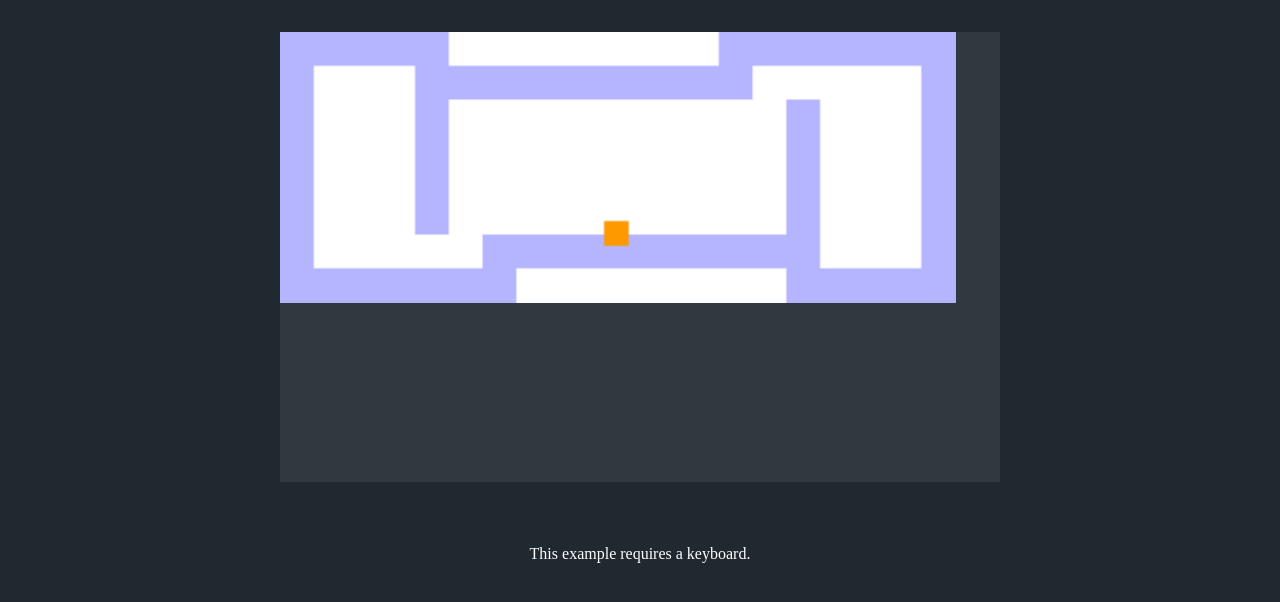
Repository: jh0l/WorldsHardestGame
Page: index.html
An editor plug-in stored every save of this project. The page is shown before and after the next save, followed by the edit.
The browser window is 1280 px wide. The pictures show the whole page.

Above is the page before, as saved 2018-07-19 01:07:07.

After the next save:
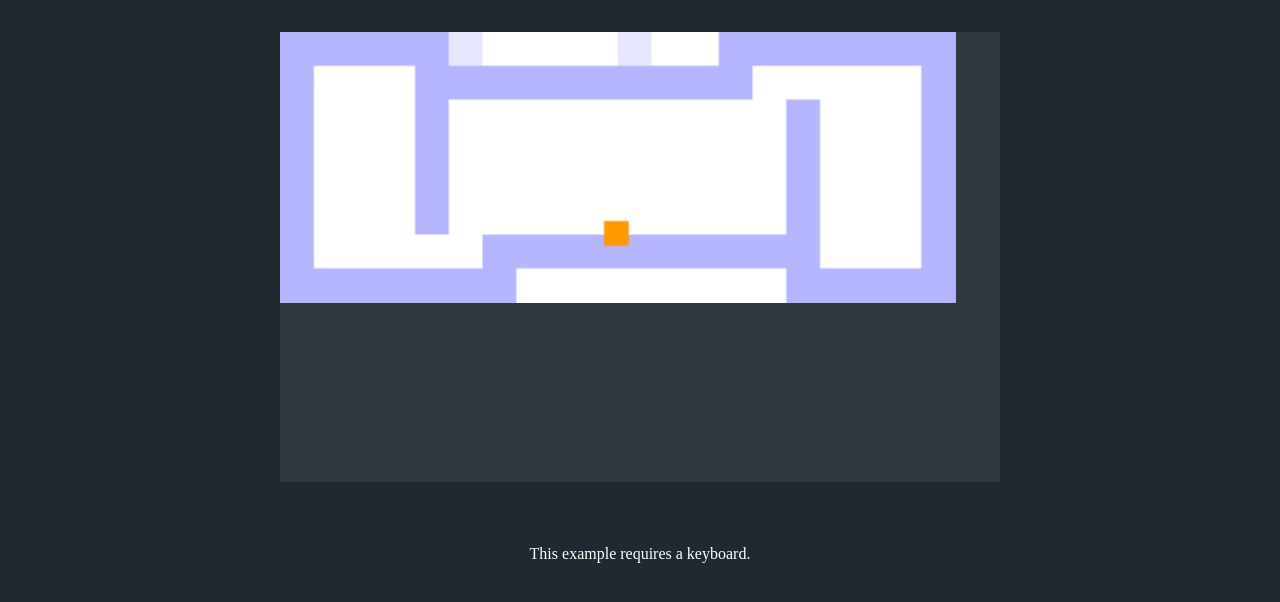
Saved 8 s later.
--- a/src/index.js
+++ b/src/index.js
@@ -30,7 +30,7 @@
   };
   const tileValColor = (val, index) => {
     if (val === '0') {
-      return (index / game.world.columns) % 2 === 0 ? "#e6e6ff": "#fff";
+      return ( game.world.columns / index) % 2 === 0 ? "#e6e6ff": "#fff";
     }
     return "#b4b5fe" ;
   };
